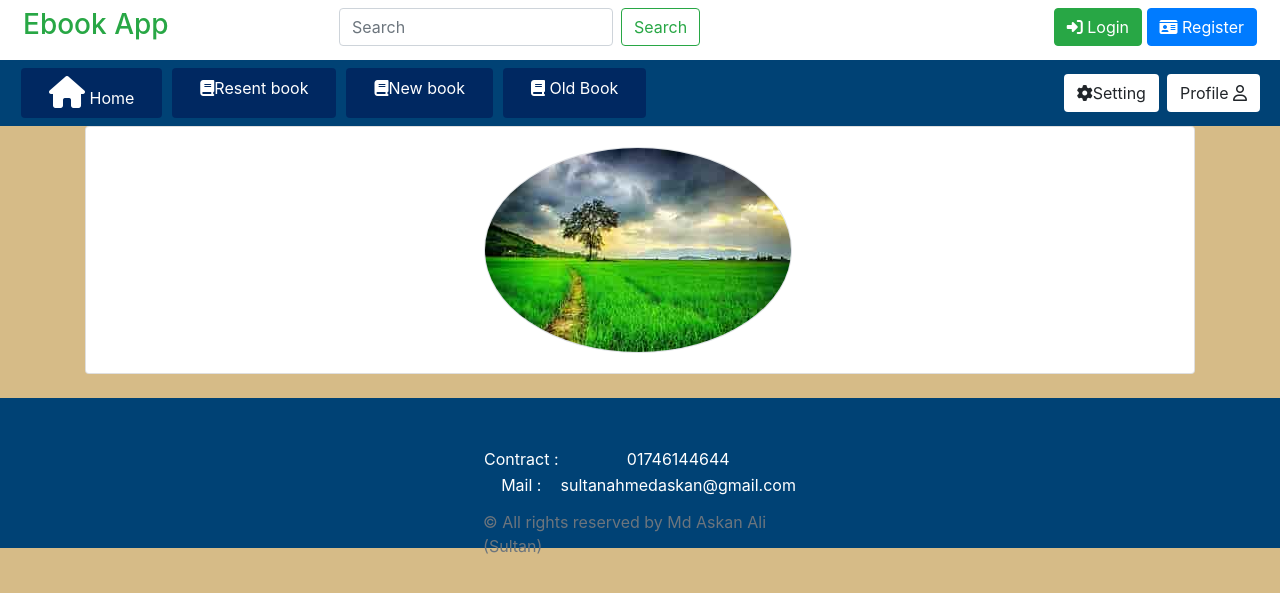
Repository: sultanaskan/EbookApp
Page: http://localhost/ebook/profile.jsp
An editor plug-in stored every save of this project. The page is shown before and after the next save, followed by the edit.
The browser window is 1280 px wide. The pictures show the whole page.
The page is served by Tomcat 9.

Above is the page before, as saved 2024-05-06 07:58:01.

After the next save:
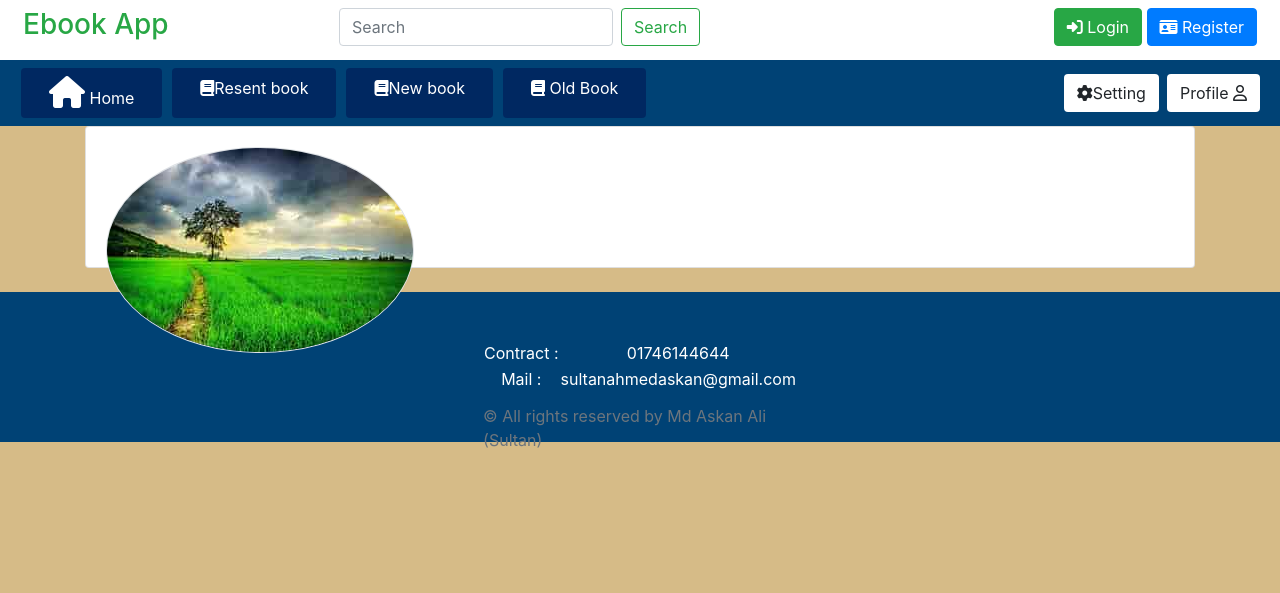
Saved 70 s later.
--- a/ebook/src/main/webapp/profile.jsp
+++ b/ebook/src/main/webapp/profile.jsp
@@ -24,9 +24,11 @@
 	<div class="container">
 		<div class="card text-center">
 			<div class="card-body jusify-content-center align-item-center">
+				<div class="" style="width: 100px; height: 100px">
 				<img class="rounded-circle border w-5 h-5 r " alt=""
 					src="data:[embedded picture, 7115 characters]">
-				<img alt="" src="">
+
+				</div>
 			</div>
 		</div>
 

After the save that followed:
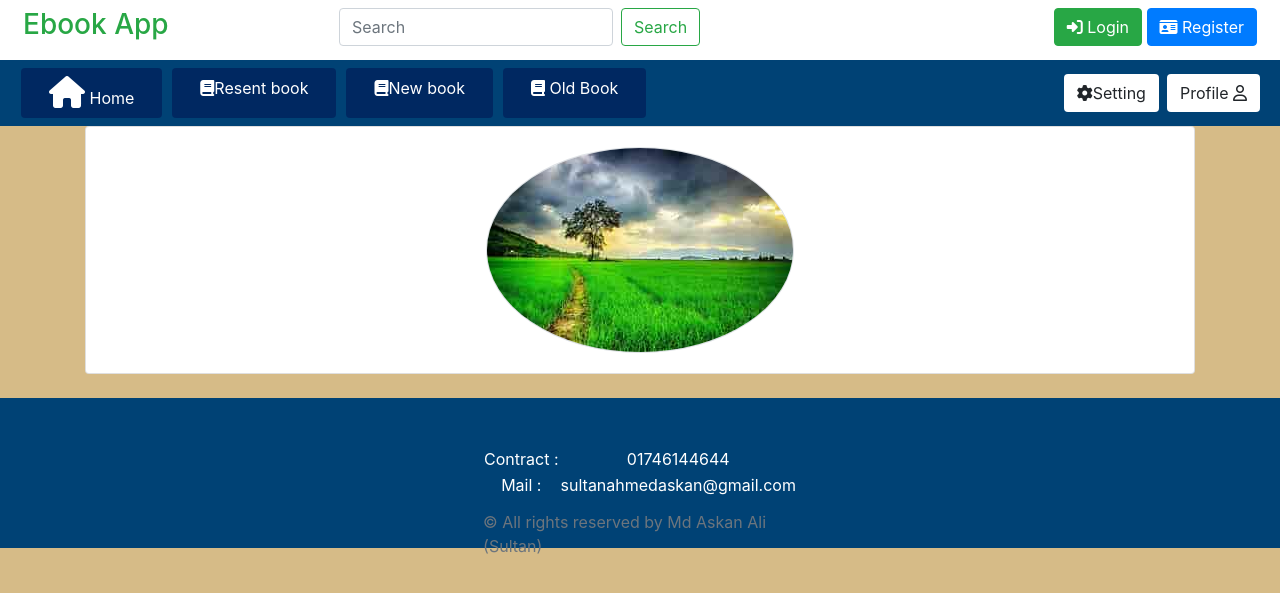
Saved 15 s later.
--- a/ebook/src/main/webapp/profile.jsp
+++ b/ebook/src/main/webapp/profile.jsp
@@ -24,7 +24,7 @@
 	<div class="container">
 		<div class="card text-center">
 			<div class="card-body jusify-content-center align-item-center">
-				<div class="" style="width: 100px; height: 100px">
+				<div class="" >
 				<img class="rounded-circle border w-5 h-5 r " alt=""
 					src="data:[embedded picture, 7115 characters]">
 
